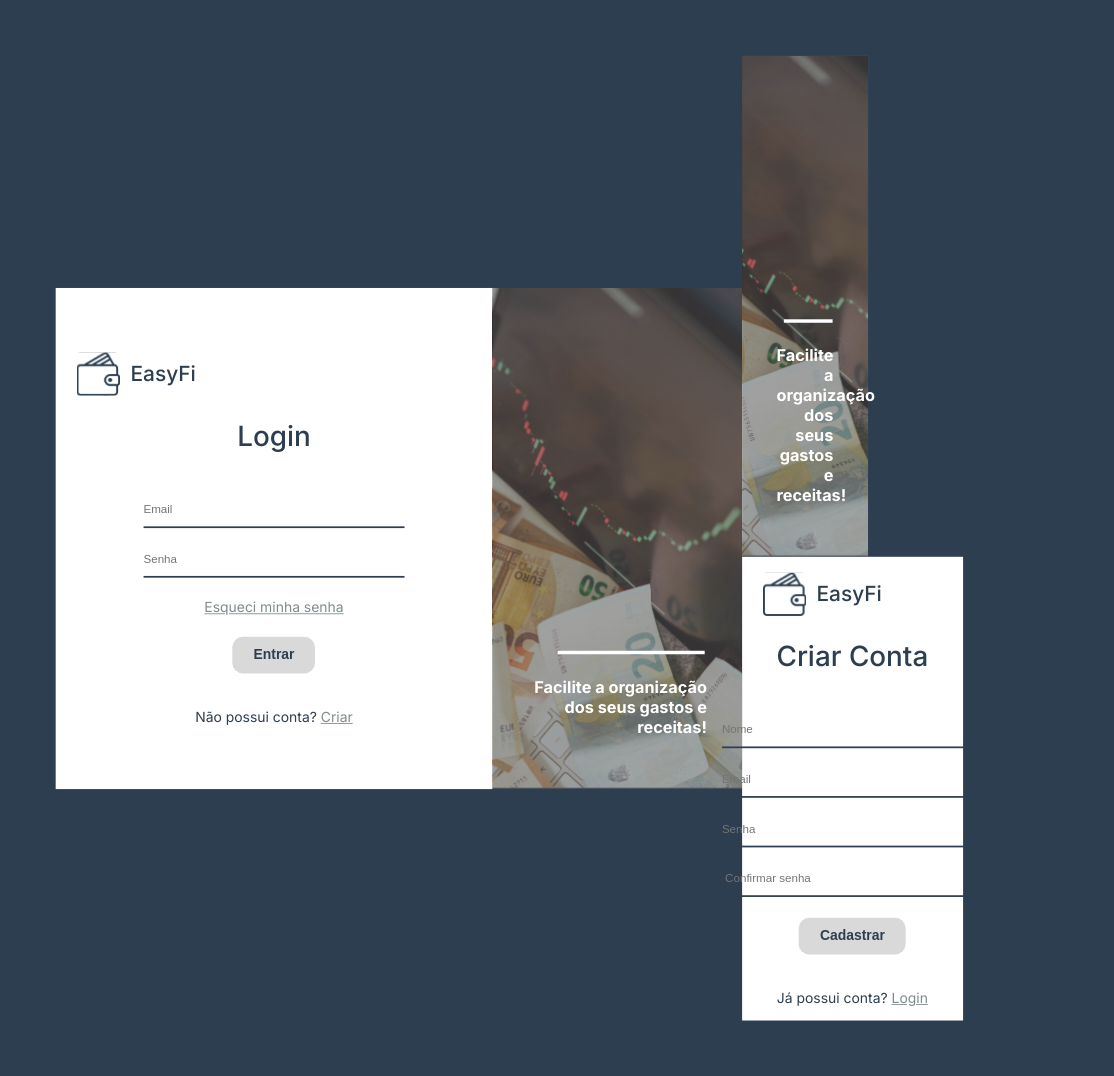
Repository: Ingridiag/projeto-engenharia
Page: login.html
The author's editor kept a copy of each file at every save. The page is drawn from the files as they stood at one save, then again after a run of saves.
The browser window is 1280 px wide. The pictures show the whole page, at 87% of full size.

Above is the page before, as saved 2024-10-28 17:58:49.

### login.html
<!DOCTYPE html>
<html lang="pt">

<head>
    <meta charset="UTF-8">
    <meta name="viewport" content="width=device-width, initial-scale=1.0">
    <link rel="preconnect" href="https://fonts.googleapis.com">
<link rel="preconnect" href="https://fonts.gstatic.com" crossorigin>
<link href="https://fonts.googleapis.com/css2?family=Inter:ital,opsz,wght@0,14..32,100..900;1,14..32,100..900&display=swap"
rel="stylesheet">
    <link rel="stylesheet" href="style.css">
    <title>Login</title>
</head>

<body>
    <div class="container">

        <!-- Tela Login -->
        <div class="login">
            <div class="primeira-coluna">
                <div class="logo">
                    <img src="imagens/logo-azul 1.svg" alt="logo">
                    <h1>EasyFi</h1>
                </div>
                <div class="formulario">
                    <h1 class="title">Login</h1>
                    <form >
                        <input type="email" placeholder="Email">
                        <input type="password" placeholder="Senha">
                    </form>
                    <div class="uses">
                        <a href="#" class="link">Esqueci minha senha</a>

                    </div>
                    <div class="btn-default">
                        <button>
                            Entrar
                        </button>
                    </div>
                    <div >
                        <p>Não possui conta?
                            <span>
                                <a href="#" class="link">Criar</a>
                            </span>
                        </p>
                    </div>
                </div>
            </div>
            <div class="decor">
                <div class="mensagem">
                    <hr>
                    <h3>
                        Facilite a organização dos seus gastos e receitas!
                    </h3>
                </div>

            </div>
        </div>



        <div class="cadastro">
            <!-- Tela Cadastro -->
            <div class="decor">
                <div class="mensagem">
                    <hr>
                    <h3>
                        Facilite a organização dos seus gastos e receitas!
                    </h3>
                </div>

            </div>

            <div class="primeira-coluna">
                <div class="logo">
                    <img src="imagens/logo-azul 1.svg" alt="logo">
                    <h1>EasyFi</h1>
                </div>
                <div class="formulario">
                    <h1 class="title">Criar Conta</h1>
                    <form >
                        <input type="text" placeholder="Nome">
                        <input type="email" placeholder="Email">
                        <input type="password" placeholder="Senha">
                        <input type="password" placeholder=" Confirmar senha">
                    </form>

                    <div class="btn-default">
                        <button>
                            Cadastrar
                        </button>
                    </div>
                    <div class="uses">
                        <p>Já possui conta?
                            <span>
                                <a href="#" class="link">Login</a>
                            </span>
                        </p>
                    </div>
                </div>
            </div>
        </div>


    </div>

</body>

</html>

### style.css
body {
    margin: 0;
    padding: 0;
    box-sizing: border-box;
    background: #2C3E50;
    font-family: "Inter", sans-serif;
}

.container {
    display: flex;
    justify-content: center;
    align-items: center;
    margin: 0 auto;
    padding: 5%;
}

.login {
    width: 100%;
    height: 80vh;

    display: flex;
    align-items: center;
    justify-content: space-between;
}

.primeira-coluna {
    width: 70%;
    height: 100%;
    display: flex;
    flex-direction: column;
    justify-content: center;
    background: #fff;
}

.logo {
    display: flex;
    gap: 12px;
    align-items: center;
    padding: 12px 24px 0;
    color: #2C3E50;

    h1 {
        font-size: 24px;
        font-weight: 500;
    }

    img {
        width: 50px;

    }

}

.formulario {
    display: flex;
    flex-direction: column;
    align-items: center;
    gap: 24px;
    color: #2C3E50;

    h1 {
        font-weight: 500;
    }
}

.formulario form {
    display: flex;
    flex-direction: column;
    gap: 16px;
}

.formulario form input {
    width: 300px;
    padding: 12px 0px;
    background: none;
    border: none;
    border-bottom: 2px solid #2C3E50;
    outline: none;
    color: #2C3E50;

}

.formulario a {
    color: #7F8C8D;
}

.btn-default button {
    background: #D9D9D9;
    border: none;
    border-radius: 12px;
    padding: 12px 24px;
    font-size: 16px;
    transition: 0.2s ease;
    cursor: pointer;
    color: #2C3E50;
    font-weight: 600;
}

.btn-default button:hover {
    background: #F4EEEE;
    color: #577695;
    transform: scale(1.1);
}

.decor {
    width: 40%;
    height: 80vh;
    background: linear-gradient(rgba(94, 94, 94, 0.5), rgba(94, 94, 94, 0.5)),
        url(imagens/imagem_background.svg);
    background-position: 50% 50%;
    background-size: cover;
    text-align: end;
    align-content: flex-end;
    color: #fff;

    .mensagem {
        padding: 40px;
        display: flex;
        flex-direction: column;
    }
}

.mensagem hr {
    width: 80%;
    border: 2px solid;
    margin-right: 1%;
}

.cadastro {
    display: flex;
    flex-direction: column;
    position: relative;
}

After the next 4 saves:
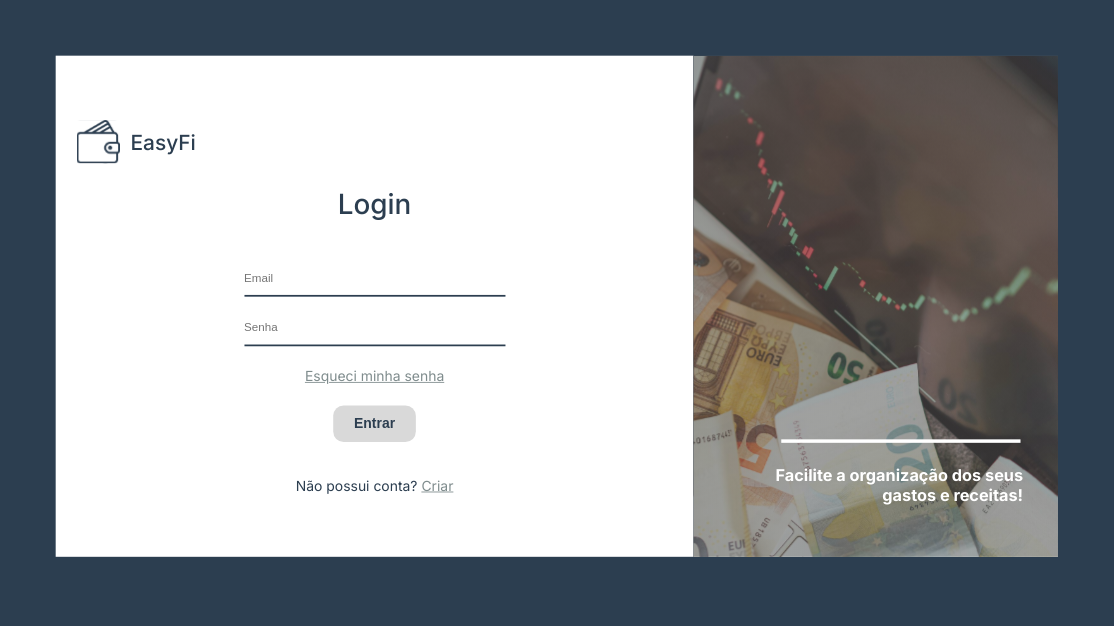
The 4 saves are shown as one change because they came seconds apart.
The last was saved 31 s later.
--- a/login.html
+++ b/login.html
@@ -56,52 +56,6 @@ rel="stylesheet">
 
             </div>
         </div>
-
-
-
-        <div class="cadastro">
-            <!-- Tela Cadastro -->
-            <div class="decor">
-                <div class="mensagem">
-                    <hr>
-                    <h3>
-                        Facilite a organização dos seus gastos e receitas!
-                    </h3>
-                </div>
-
-            </div>
-
-            <div class="primeira-coluna">
-                <div class="logo">
-                    <img src="imagens/logo-azul 1.svg" alt="logo">
-                    <h1>EasyFi</h1>
-                </div>
-                <div class="formulario">
-                    <h1 class="title">Criar Conta</h1>
-                    <form >
-                        <input type="text" placeholder="Nome">
-                        <input type="email" placeholder="Email">
-                        <input type="password" placeholder="Senha">
-                        <input type="password" placeholder=" Confirmar senha">
-                    </form>
-
-                    <div class="btn-default">
-                        <button>
-                            Cadastrar
-                        </button>
-                    </div>
-                    <div class="uses">
-                        <p>Já possui conta?
-                            <span>
-                                <a href="#" class="link">Login</a>
-                            </span>
-                        </p>
-                    </div>
-                </div>
-            </div>
-        </div>
-
-
     </div>
 
 </body>
